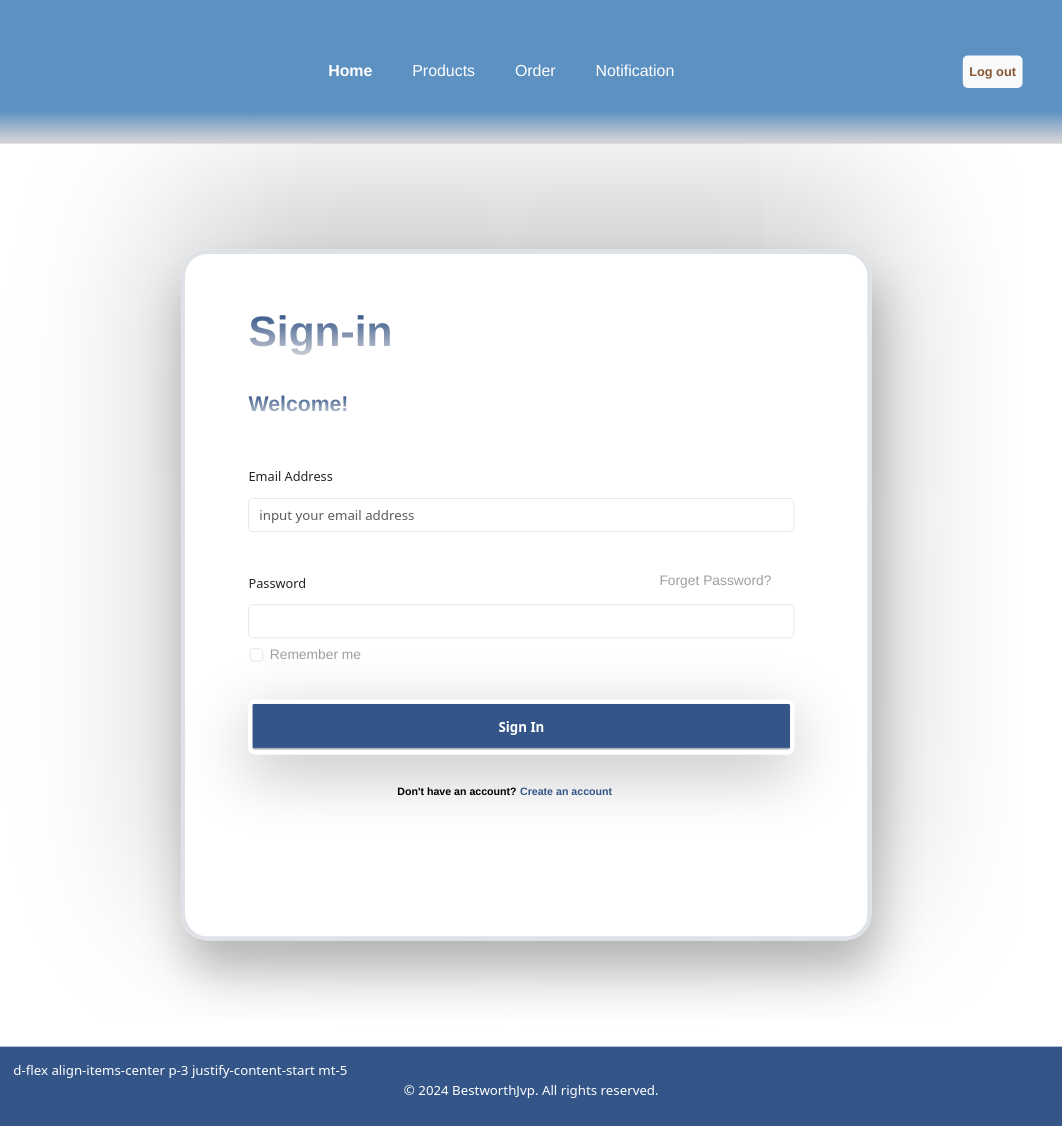
Repository: OVictor21/inventory
Page: /
An editor plug-in stored every save of this project. The page is shown before and after the next save, followed by the edit.
The browser window is 1280 px wide. The pictures show the whole page, at 83% of full size.
The project was rebuilt for these pictures with package versions that can differ from the ones it lists, and the page was loaded fresh each time.

Above is the page before, as saved 2024-12-14 10:41:16.

### src/index.css

nav {
  background-color: transparent;
  background: linear-gradient(180deg, rgb(93, 145, 194) 77.5%, rgb(206, 208, 214) 97.5%);

}

.navbar-brand img {
  max-width: 10vw;
  min-width: 5vw;
}

.nav-link.nav-text-current {
  font-family: "Montserrat", Helvetica;
  font-weight: 700;
  color: #ffffff;
  font-size: 1.5vw;
}

.nav-link.nav-text {
  font-family: "Montserrat", Helvetica;
  font-weight: 400;
  color: #ffffff;
  font-size: 1.5vw;
}

.nav-link.nav-text-2 {
  font-family: "Montserrat", Helvetica;
  font-weight: 600;
  color: rgb(136, 86, 51);
  font-size: 1.2vw;
}

.background {
  background-color: #000021;
}

/* .background-image {
  background-image: url('/public/back.png');
  background-size: cover;
  background-repeat: no-repeat;
  background-position: center;
  min-height: 100vh;
  color: white;
} */

.sign-in{
  width: 65vw;
  height: 65vw;
  box-shadow: 7px 37px 55px #00000040, 0px -54px 200px #00000040;
  left: 17vw;
  top: 10vw;
  overflow: hidden;
}


.text{
  top: 5vw;
  left: 6vw;
  background: linear-gradient(180deg, rgb(51, 85, 136) 13.5%, rgb(206, 208, 214) 100%);
  -webkit-background-clip: text !important;
  background-clip: text;
  -webkit-text-fill-color: transparent;
  text-fill-color: transparent;
  font-family: "Montserrat-Bold", Helvetica;
  font-weight: 700;
  color: transparent;
  font-size: 4vw;
  letter-spacing: 0;
  line-height: normal;
}



.text-wrapper-8 {
  background: linear-gradient(180deg, rgb(51, 85, 136) 13.5%, rgb(206, 208, 214) 100%);
  -webkit-background-clip: text !important;
  background-clip: text;
  -webkit-text-fill-color: transparent;
  text-fill-color: transparent;
  font-family: "Montserrat-Bold", Helvetica;
  font-weight: 600;
  color: transparent;
  font-size: 2vw;
  letter-spacing: 0;
  line-height: normal;
  top: 13vw;
  left: 6vw;
}

.email-text{
  font-size: 1.2vw;
}

.email{
  top: 20vw;
  left: 6vw;
}

.email-in{
  top: 23vw;
  left: 6vw;
  width: 80%;
  max-width: 80%;
  height: 5%;
}

.pass{
  top: 30vw;
  left: 6vw;
}

.pass-in{
  top: 33vw;
  left: 6vw;
  width: 80%;
  max-width: 80%;
  height: 5%;

}

.text-wrapper-7{
  font-family: "Montserrat-Regular", Helvetica;
  font-weight: 400;
  color: #00000061;
  font-size: 1.3vw;
  letter-spacing: 0;
  line-height: normal;
  top: 30vw;
  text-decoration: none;
  right: 9vw;
}

.form-check-label{
  font-family: "Montserrat-Regular", Helvetica;
  font-weight: 400;
  color: #00000061;
  font-size: 1.3vw;
  letter-spacing: 0;
  line-height: normal;
  top: 37vw;
  left: 8vw;
}

.form-check-input{
  top: 36.8vw;
  left: 8vw;

}

.sign-btn{
  background: linear-gradient(180deg, rgb(51, 85, 136) 93.5%, rgb(206, 208, 214) 97%);
  font-family: "Montserrat-Bold", Helvetica;
  font-weight: 700;
  font-size: 4vw;
  letter-spacing: 0;
  line-height: normal;
  width: 80%;
  top: 42vw;
  left: 6vw;
  box-shadow: 0px 22px 75px #00000040;
}

.acct{
  font-family: "Montserrat-Regular", Helvetica;
  font-weight: 700;
  color: #000000;
  font-size: 1vw;
  letter-spacing: 0;
  line-height: normal;
  top: 50vw;
  left: 20vw;
}

.acct-1{
  font-family: "Montserrat-Bold", Helvetica;
  font-weight: 700;
  color: rgb(51, 85, 136);
  font-size: 1vw;
  text-decoration: none;
  letter-spacing: 0;
  line-height: normal;
  top: 50vw;
  right: 24vw;
}



.pass-text{
font-size: 1.2vw;
}

.footer-body{
  background-color: rgb(51, 85, 136);
  top: 20vw;
}

.copyright-text {
  top: 50vw;
  right: 24vw;
  font-family: "Montserrat", Helvetica;
  font-weight: 400;
  color: rgb(136, 86, 51);
  font-size: 2vw;
}

/* .sign-in{
  width: 75vw;
  height: 85vw;
  box-shadow: 7px 37px 55px #00000040, 0px -54px 200px #00000040;
  left: 10vw;
  top: 20vw;
  overflow: hidden;
}


.text{
  top: 10vw;
  left: 6vw;
  background: linear-gradient(180deg, rgb(136, 86, 51) 13.5%, rgb(154, 144, 135) 100%);
  -webkit-background-clip: text !important;
  background-clip: text;
  -webkit-text-fill-color: transparent;
  text-fill-color: transparent;
  font-family: "Montserrat-Bold", Helvetica;
  font-weight: 700;
  color: transparent;
  font-size: 4vw;
  letter-spacing: 0;
  line-height: normal;
}

.vector{
  width: 15%;
  height: auto;
  right: 18vw;
  top: -14vw;

}

.text-wrapper-8 {
  background: linear-gradient(180deg, rgb(136, 86, 51) 13.5%, rgb(154, 144, 135) 100%);
  -webkit-background-clip: text !important;
  background-clip: text;
  -webkit-text-fill-color: transparent;
  text-fill-color: transparent;
  font-family: "Montserrat-Bold", Helvetica;
  font-weight: 700;
  color: transparent;
  font-size: 4vw;
  letter-spacing: 0;
  line-height: normal;
  top: 18vw;
  left: 6vw;
}

.p {
  font-family: "Montserrat-Regular", Helvetica;
  color: #885633;
  font-size: 2vw;
  letter-spacing: 0;
  line-height: normal;
  top: 23vw;
  left: 6vw;
}

.email{
  top: 28vw;
  left: 6vw;
}

.email-in{
  top: 32vw;
  left: 6vw;
  width: 80%;
  height: 5%;
}

.pass{
  top: 38vw;
  left: 6vw;
}

.pass-in{
  top: 42vw;
  left: 6vw;
  width: 80%;
  height: 5%;
}

.text-wrapper-7{
  font-family: "Montserrat-Regular", Helvetica;
  font-weight: 400;
  color: #00000061;
  font-size: 1.3vw;
  letter-spacing: 0;
  line-height: normal;
  top: 40vw;
  text-decoration: none;
  right: 9vw;
}

.form-check-label{
  font-family: "Montserrat-Regular", Helvetica;
  font-weight: 400;
  color: #00000061;
  font-size: 1.3vw;
  letter-spacing: 0;
  line-height: normal;
  top: 47vw;
  left: 8vw;
}

.form-check-input{
  top: 46.8vw;
  left: 8vw;


}

.sign-btn{
  background: linear-gradient(180deg, rgb(136, 86, 51) 13.5%, rgb(154, 144, 135) 100%);
  font-family: "Montserrat-Bold", Helvetica;
  font-weight: 700;
  color: #ffffff;
  font-size: 4vw;
  letter-spacing: 0;
  line-height: normal;
  width: 80%;
  top: 53vw;
  left: 6vw;
  box-shadow: 0px 22px 75px #00000040;
}

.acct{
  font-family: "Montserrat-Regular", Helvetica;
  font-weight: 400;
  color: #000000;
  font-size: 2vw;
  letter-spacing: 0;
  line-height: normal;
  top: 63vw;
  left: 15vw;
}

.acct-1{
  font-family: "Montserrat-Bold", Helvetica;
  font-weight: 700;
  color: #885633;
  font-size: 2vw;
  letter-spacing: 0;
  line-height: normal;
  top: 63vw;
  right: 20vw;
}

.text-wrapper-17{
  font-family: "Montserrat-Regular", Helvetica;
  font-weight: 400;
  color: #00000061;
  font-size: 2vw;
  letter-spacing: 0;
  line-height: normal;
  top: 69vw;
  left: 35vw;
}

.email-text{
  font-size: 1.2vw;
}
.pass-text{
font-size: 1.2vw;
} */

### src/App.js
import Navbar from './navbar';
import 'bootstrap/dist/css/bootstrap.min.css';
import Body from './body';


function App() {
  return (
    <div className="App">
      <Navbar />
      <Body />
    </div>
  );
}

export default App;

### src/navbar.js

const Navbar = () => {
    return (
        <nav className="navbar navbar-expand-md justify-content-center p-5 z-1">
        <button className="navbar-toggler ms-auto" type="button" data-bs-toggle="collapse" data-bs-target="#collapseNavbar">
            <span className="navbar-toggler-icon"></span>
        </button>

        <div className="navbar-collapse collapse" id="collapseNavbar">
            <ul className="navbar-nav justify-content-center w-100 ">
            <li className="nav-item m-3">
                <a className="nav-link nav-text-current" href="/home">Home</a>
            </li>
            <li className="nav-item m-3">
                <a className="nav-link nav-text" href="/products">Products</a>
            </li>
            <li className="nav-item m-3">
                <a className="nav-link nav-text" href="/order">Order</a>
            </li>
            <li className="nav-item m-3">
                <a className="nav-link nav-text" href="/notifications">Notification</a>
            </li>
            </ul>

            <ul className="navbar-nav ms-auto justify-content-end">
            <li className="nav-item bg-light rounded">
                <button className="nav-link nav-text-2 text-nowrap btn btn-link">Log out</button>

            </li>
            </ul>
        </div>
        </nav>



      );
}

export default Navbar;

### src/body.js
import React from 'react';

const Body = () => {
  return (
    <div className="login">

         <form >
        <div className="sign-in position-relative border border-5 rounded-5">
        <div className="mb-3">
            <p className="text position-absolute">Sign-in</p>
            <div className="text-wrapper-8 position-absolute">Welcome!</div>

          <label for="exampleInputEmail1" className="form-label email position-absolute"><span className="email-text"> Email Address</span></label>
          <input type="email" className="form-control email-in position-absolute" id="exampleInputEmail1" aria-describedby="emailHelp" placeholder="input your email address"/>
        </div>
        <div className="mb-3">
          <label for="exampleInputPassword1" className="form-label pass position-absolute"><span className="pass-text">Password</span> </label>
          <input type="password" className="form-control pass-in position-absolute" id="exampleInputPassword1"/>
          <a href="/forgotpassword" className="text-wrapper-7 position-absolute">Forget Password?</a>
        </div>

        <div className="mb-3 form-check">
            <input type="checkbox" className="form-check-input position-absolute" id="exampleCheck1"/>
            <label className="form-check-label position-absolute" for="exampleCheck1">Remember me</label>
          </div>
        <button type="submit" className="btn sign-btn position-absolute border-white border-5 rounded-3 p-3 text-white fw-bold">Sign In</button>
        <p  className="acct position-absolute">Don't have an account?</p> <a href="/createacct" className="acct-1 position-absolute">Create an account</a>


        </div>


    </form>

    <footer className="footer-body text-white p-3 position-relative"> d-flex align-items-center p-3 justify-content-start mt-5
      <div className="container">
          <div className="text-center">
            <p>&copy; 2024 BestworthJvp. All rights reserved.</p>
        </div>
      </div>
    </footer>

    </div>
  );
};

export default Body;

Loaded but not shown: public/index.html (common file); src/index.js (common file); src/reportWebVitals.js (common file)

After the next save:
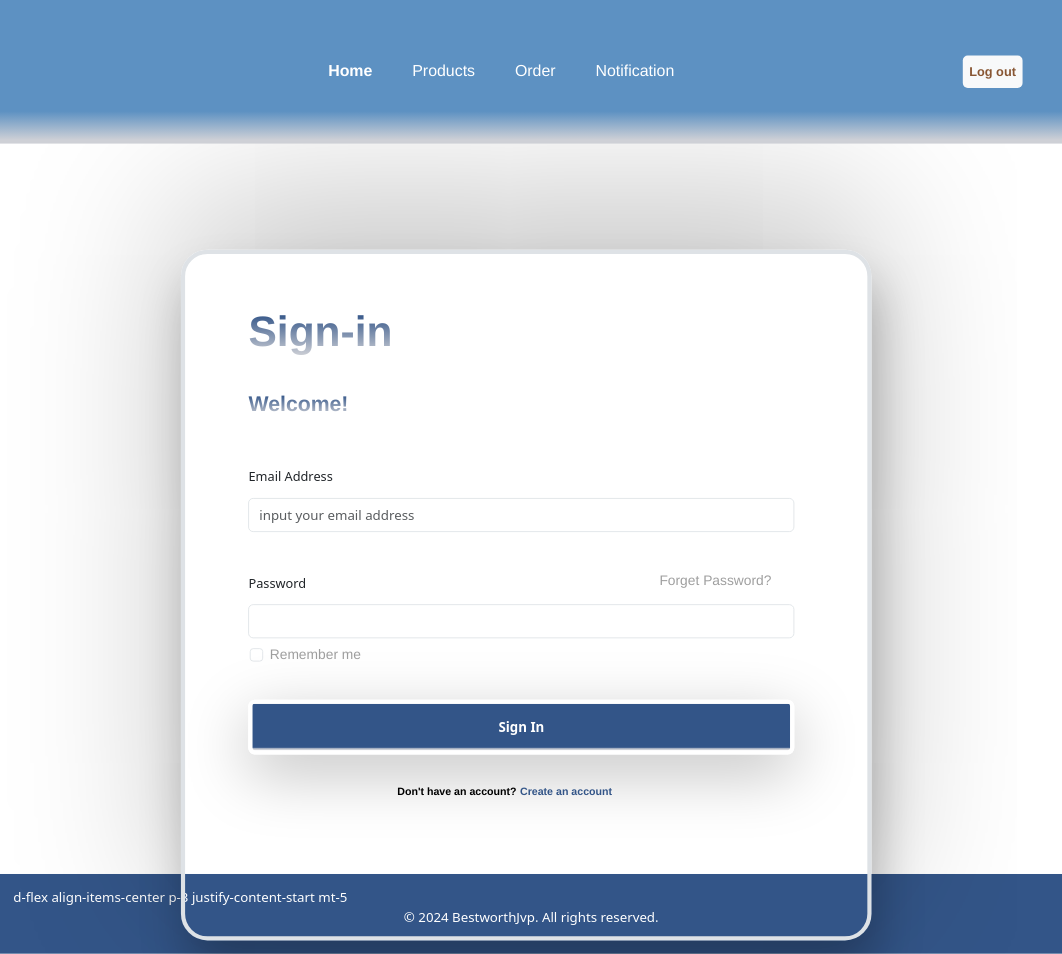
Saved 22 s later.
--- a/src/body.js
+++ b/src/body.js
@@ -32,7 +32,7 @@ const Body = () => {
 
     </form>
 
-    <footer className="footer-body text-white p-3 position-relative"> d-flex align-items-center p-3 justify-content-start mt-5
+    <footer className="footer-body text-white p-3 justify-content-start mt-5"> d-flex align-items-center p-3 justify-content-start mt-5
       <div className="container">
           <div className="text-center">
             <p>&copy; 2024 BestworthJvp. All rights reserved.</p>
